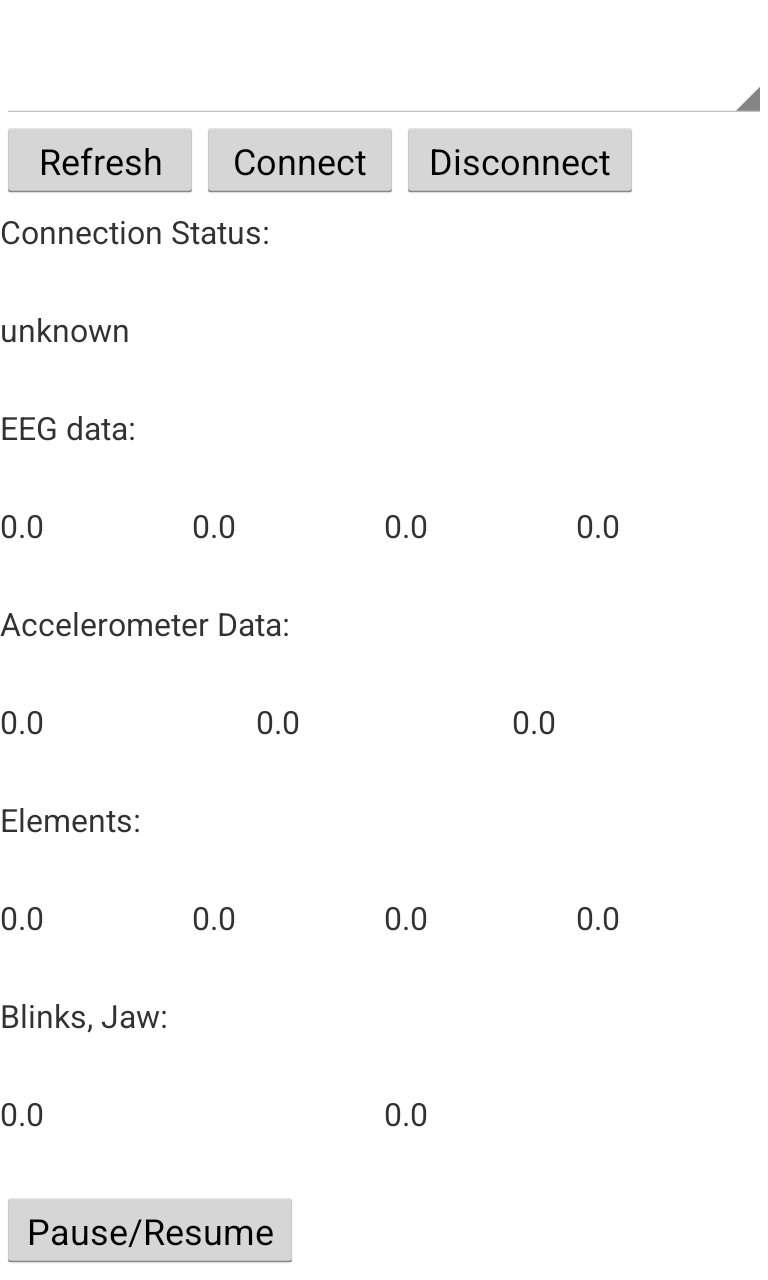
Repository: anshu92/496Project
Layout: TestLibMuse/res/layout/activity_main.xml
An editor plug-in stored every save of this project. The layout is shown before and after the next save, followed by the edit.
It is drawn on a 768 x 1280 px phone screen (xhdpi) without system bars, with theme AppTheme; the app's code is not run.

Above is the layout before, as saved 2015-10-02 22:33:07.

### TestLibMuse/res/layout/activity_main.xml
<LinearLayout xmlns:android="http://schemas.android.com/apk/res/android"
    xmlns:tools="http://schemas.android.com/tools"
    android:layout_width="match_parent"
    android:layout_height="match_parent"
    android:orientation="vertical" >

    <Spinner
        android:id="@+id/muses_spinner"
        android:layout_width="match_parent"
        android:layout_height="60dp" />

    <LinearLayout
        android:layout_width="match_parent"
        android:layout_height="45dp"
        android:orientation="horizontal" >

        <Button
            android:id="@+id/refresh"
            android:layout_width="100dp"
            android:layout_height="40dp"
            android:text="@string/refresh"
            tools:ignore="ButtonStyle" />

        <Button
            android:id="@+id/connect"
            android:layout_width="100dp"
            android:layout_height="40dp"
            android:text="@string/connect"
            tools:ignore="ButtonStyle" />

        <Button
            android:id="@+id/disconnect"
            android:layout_width="120dp"
            android:layout_height="40dp"
            android:text="@string/disconnect"
            tools:ignore="ButtonStyle" />

    </LinearLayout>

    <TextView
        android:layout_width="match_parent"
        android:layout_height="match_parent"
        android:layout_weight="1"
        android:text="@string/status"
        android:textSize="16sp" />

    <TextView
        android:id="@+id/con_status"
        android:layout_width="match_parent"
        android:layout_height="match_parent"
        android:layout_weight="1"
        android:text="@string/undefined"
        android:textSize="16sp" />

    <TextView
        android:layout_width="match_parent"
        android:layout_height="match_parent"
        android:layout_weight="1"
        android:text="@string/eeg"
        android:textSize="16sp" />

    <LinearLayout
        android:layout_width="match_parent"
        android:layout_height="match_parent"
        android:layout_weight="1"
        android:orientation="horizontal" >

        <TextView
            android:id="@+id/eeg_tp9"
            android:layout_width="match_parent"
            android:layout_height="match_parent"
            android:layout_weight="1"
            android:text="@string/init_val"
            android:textSize="16sp"
            tools:ignore="NestedWeights" />

        <TextView
            android:id="@+id/eeg_fp1"
            android:layout_width="match_parent"
            android:layout_height="match_parent"
            android:layout_weight="1"
            android:text="@string/init_val"
            android:textSize="16sp" />

        <TextView
            android:id="@+id/eeg_fp2"
            android:layout_width="match_parent"
            android:layout_height="match_parent"
            android:layout_weight="1"
            android:text="@string/init_val"
            android:textSize="16sp" />

        <TextView
            android:id="@+id/eeg_tp10"
            android:layout_width="match_parent"
            android:layout_height="match_parent"
            android:layout_weight="1"
            android:text="@string/init_val"
            android:textSize="16sp" />
    </LinearLayout>

    <TextView
        android:layout_width="match_parent"
        android:layout_height="match_parent"
        android:layout_weight="1"
        android:text="@string/accel"
        android:textSize="16sp" />

    <LinearLayout
        android:layout_width="match_parent"
        android:layout_height="match_parent"
        android:layout_weight="1"
        android:orientation="horizontal" >

        <TextView
            android:id="@+id/acc_x"
            android:layout_width="match_parent"
            android:layout_height="match_parent"
            android:layout_weight="1"
            android:text="@string/init_val"
            android:textSize="16sp"
            tools:ignore="NestedWeights" />

        <TextView
            android:id="@+id/acc_y"
            android:layout_width="match_parent"
            android:layout_height="match_parent"
            android:layout_weight="1"
            android:text="@string/init_val"
            android:textSize="16sp" />

        <TextView
            android:id="@+id/acc_z"
            android:layout_width="match_parent"
            android:layout_height="match_parent"
            android:layout_weight="1"
            android:text="@string/init_val"
            android:textSize="16sp" />
    </LinearLayout>

    <TextView
        android:layout_width="match_parent"
        android:layout_height="match_parent"
        android:layout_weight="1"
        android:text="@string/muse_elem"
        android:textSize="16sp" />

    <LinearLayout
        android:layout_width="match_parent"
        android:layout_height="match_parent"
        android:layout_weight="1"
        android:orientation="horizontal" >

        <TextView
            android:id="@+id/elem1"
            android:layout_width="match_parent"
            android:layout_height="match_parent"
            android:layout_weight="1"
            android:text="@string/init_val"
            android:textSize="16sp"
            tools:ignore="NestedWeights" />

        <TextView
            android:id="@+id/elem2"
            android:layout_width="match_parent"
            android:layout_height="match_parent"
            android:layout_weight="1"
            android:text="@string/init_val"
            android:textSize="16sp" />

        <TextView
            android:id="@+id/elem3"
            android:layout_width="match_parent"
            android:layout_height="match_parent"
            android:layout_weight="1"
            android:text="@string/init_val"
            android:textSize="16sp" />

        <TextView
            android:id="@+id/elem4"
            android:layout_width="match_parent"
            android:layout_height="match_parent"
            android:layout_weight="1"
            android:text="@string/init_val"
            android:textSize="16sp" />
    </LinearLayout>

    <TextView
        android:layout_width="match_parent"
        android:layout_height="match_parent"
        android:layout_weight="1"
        android:text="@string/artifacts"
        android:textSize="16sp" />

    <LinearLayout
        android:layout_width="match_parent"
        android:layout_height="match_parent"
        android:layout_weight="1"
        android:orientation="horizontal" >

        <TextView
            android:id="@+id/blink"
            android:layout_width="match_parent"
            android:layout_height="match_parent"
            android:layout_weight="1"
            android:text="@string/init_val"
            android:textSize="16sp"
            tools:ignore="NestedWeights" />

        <TextView
            android:id="@+id/jaw"
            android:layout_width="match_parent"
            android:layout_height="match_parent"
            android:layout_weight="1"
            android:text="@string/init_val"
            android:textSize="16sp" />
    </LinearLayout>

    <LinearLayout
        android:layout_width="match_parent"
        android:layout_height="45dp"
        android:orientation="horizontal" >

        <Button
            android:id="@+id/pause"
            android:layout_width="150dp"
            android:layout_height="40dp"
            android:text="@string/pause" />
    </LinearLayout>

</LinearLayout>

### TestLibMuse/res/values/strings.xml
<?xml version="1.0" encoding="utf-8"?>
<resources>

    <string name="app_name">HABITMEISTER</string>
    <string name="hello_world">Hello world!</string>
    <string name="action_settings">Settings</string>
    <string name="connect">Connect</string>
    <string name="status">Connection Status:</string>
    <string name="disconnect">Disconnect</string>
    <string name="refresh">Refresh</string>
    <string name="init_val">0.0</string>
    <string name="init_val_percent">0.0 %</string>
    <string name="eeg">EEG data:</string>
    <string name="accel">Accelerometer Data:</string>
    <string name="version">Version:</string>
    <string name="undefined">unknown</string>
    <string name="artifacts">Blinks, Jaw: </string>
    <string name="msg_count">Msg number, size: </string>
    <string name="pause">Pause/Resume</string>
    <string name="drop">Drop</string>
    <string name="muse_elem">Elements:</string>
    <string name="mellow_concentration">Mellow/Concentration:</string>
    <string name="title_activity_navigation">Navigation</string>
    <string name="title_activity_calibration">Calibration</string>

</resources>

Loaded but not shown: TestLibMuse/res/values/styles.xml (common file); TestLibMuse/res/values-v11/styles.xml (common file); TestLibMuse/res/values-v14/styles.xml (common file)

After the next save:
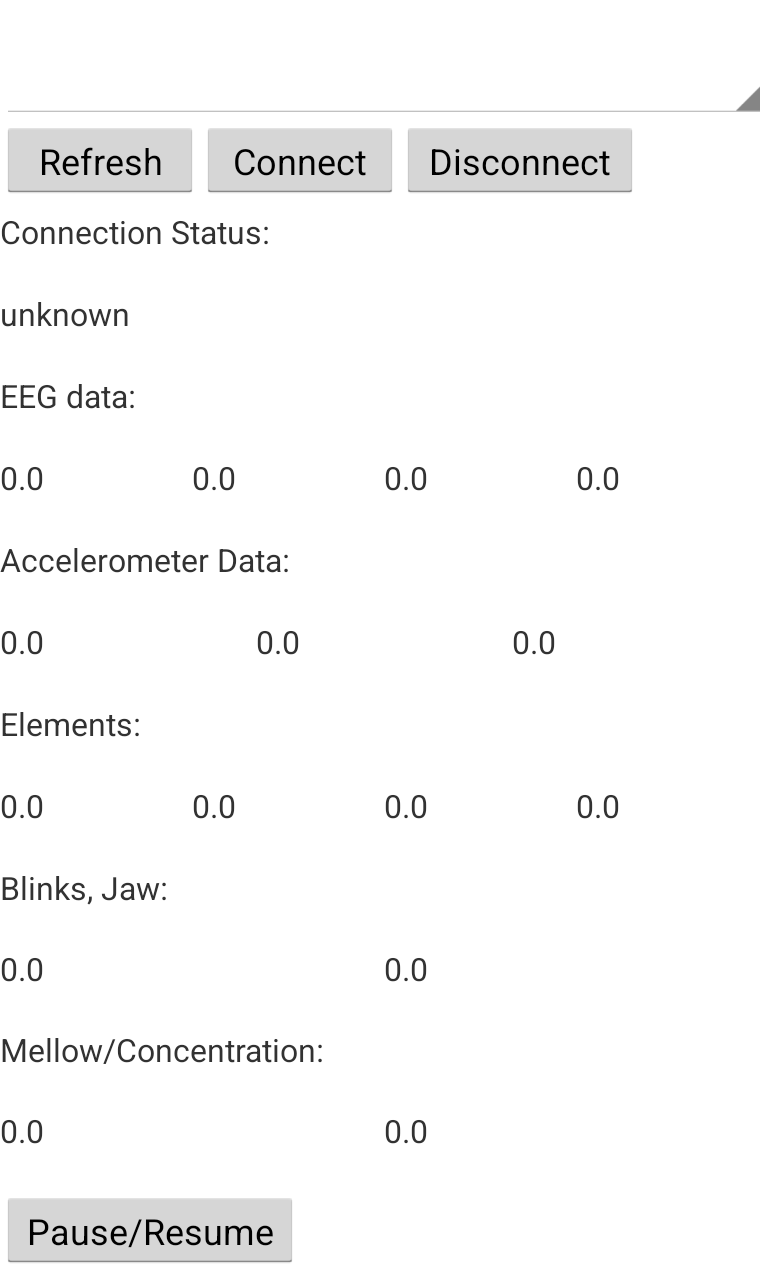
Saved 67 min 29 s later.
--- a/TestLibMuse/res/layout/activity_main.xml
+++ b/TestLibMuse/res/layout/activity_main.xml
@@ -215,7 +215,36 @@
             android:text="@string/init_val"
             android:textSize="16sp" />
     </LinearLayout>
-
+   <TextView
+        android:layout_width="match_parent"
+        android:layout_height="match_parent"
+        android:layout_weight="1"
+        android:text="@string/mellow_concentration"
+        android:textSize="16sp" />
+
+    <LinearLayout
+        android:layout_width="match_parent"
+        android:layout_height="match_parent"
+        android:layout_weight="1"
+        android:orientation="horizontal" >
+
+        <TextView
+            android:id="@+id/mellow"
+            android:layout_width="match_parent"
+            android:layout_height="match_parent"
+            android:layout_weight="1"
+            android:text="@string/init_val"
+            android:textSize="16sp"
+            tools:ignore="NestedWeights" />
+
+        <TextView
+            android:id="@+id/concentration"
+            android:layout_width="match_parent"
+            android:layout_height="match_parent"
+            android:layout_weight="1"
+            android:text="@string/init_val"
+            android:textSize="16sp" />
+    </LinearLayout>
     <LinearLayout
         android:layout_width="match_parent"
         android:layout_height="45dp"
